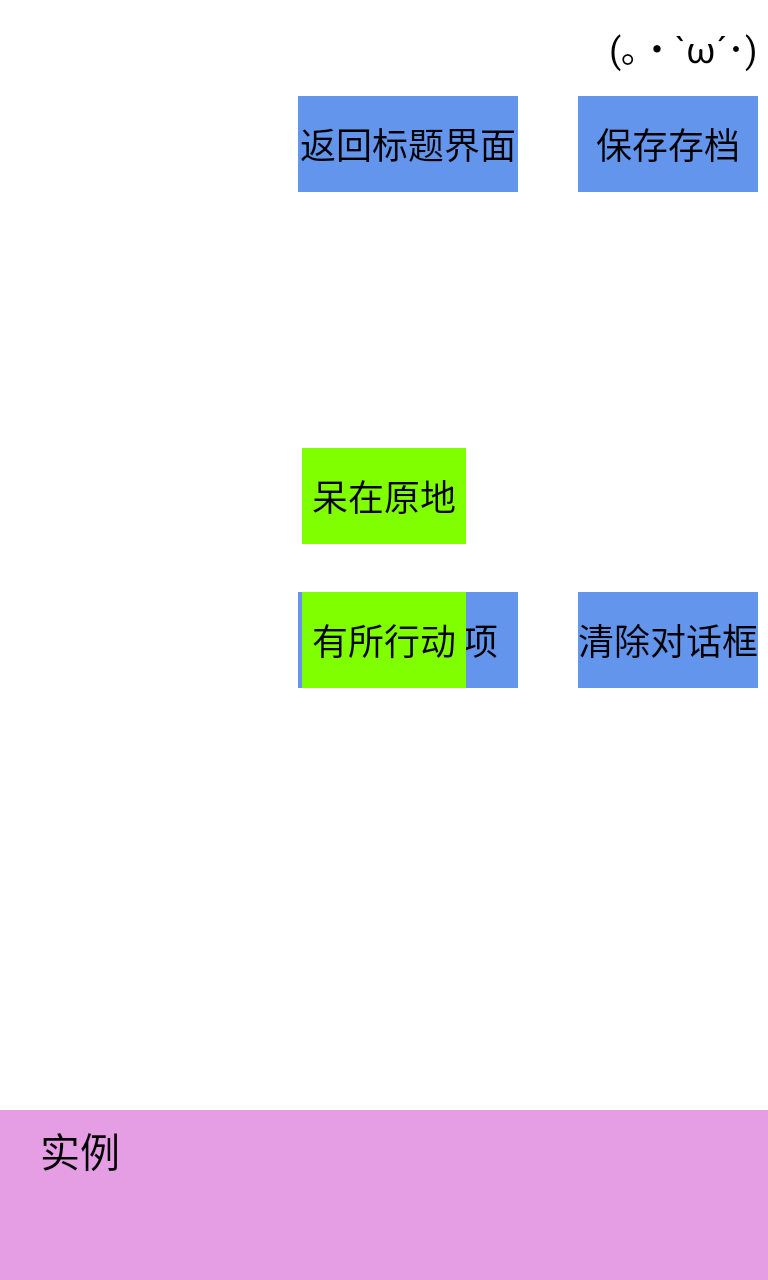
Repository: GuardLDW/HERO
Layout: GuardLDW/res/layout/game.xml
An editor plug-in stored every save of this project. The layout is shown before and after the next save, followed by the edit.
It is drawn on a 768 x 1280 px phone screen (xhdpi) without system bars, with theme AppTheme; the app's code is not run.

Above is the layout before, as saved 2016-12-07 11:01:03.

### GuardLDW/res/layout/game.xml
<?xml version="1.0" encoding="utf-8"?>
<RelativeLayout xmlns:android="http://schemas.android.com/apk/res/android"
    android:layout_width="match_parent"
    android:layout_height="match_parent"
    android:orientation="vertical" >


      <ImageView
        android:id="@+id/image_game"
        android:layout_width="match_parent"
        android:layout_height="match_parent"
        android:scaleType="fitXY" />

    <Button
        android:id="@+id/button_dialog"
        android:layout_width="match_parent"
        android:layout_height="wrap_content"
        android:layout_alignParentBottom="true"
        android:background="#afDA70D6"
        android:gravity="left"
        android:minHeight="85dp"
        android:paddingLeft="20dip"
        android:paddingRight="20dip"
        android:paddingTop="5dip"
        android:text = "实例"
        android:textSize="20sp" />

    <Button
        android:id="@+id/button_startgameset"
        android:layout_width="wrap_content"
        android:layout_height="wrap_content"
        android:layout_alignParentRight="true"
        android:layout_alignParentTop="true"
        android:text="(｡・`ω´･)"
        android:layout_marginRight="5dp"
        android:background="#00FFFFFF"/>

    <Button
        android:id="@+id/button_remove"
        android:layout_width="wrap_content"
        android:layout_height="wrap_content"
        android:layout_alignRight="@+id/button_startgameset"
        android:layout_centerVertical="true"
        android:text="清除对话框"
        android:background="#6495ED"
        />

    <Button
        android:id="@+id/button_save"
        android:layout_width="wrap_content"
        android:layout_height="wrap_content"
        android:layout_alignLeft="@+id/button_remove"
        android:layout_alignRight="@+id/button_startgameset"
        android:layout_below="@+id/button_startgameset"
        android:background="#6495ED"
        android:text="保存存档" />

    <Button
        android:id="@+id/button_backtotitle"
        android:layout_width="wrap_content"
        android:layout_height="wrap_content"
        android:layout_alignBaseline="@+id/button_save"
        android:layout_alignBottom="@+id/button_save"
        android:layout_alignRight="@+id/button_fast"
        android:minWidth="110dp"
        android:background="#6495ED"
        android:text="返回标题界面" />

    <Button
        android:id="@+id/button_fast"
        android:layout_width="wrap_content"
        android:layout_height="wrap_content"
        android:layout_centerVertical="true"
        android:layout_marginRight="30dp"
        android:layout_toLeftOf="@+id/button_remove"
        android:minWidth="110dp"
        android:paddingLeft="5dp"
        android:paddingRight="5dp"
        android:background="#6495ED"
        android:text="快进到选项" />

    <Button
        android:id="@+id/button_staychoice"
        android:layout_width="wrap_content"
        android:layout_height="wrap_content"
        android:layout_above="@+id/button_dochoice"
        android:layout_alignLeft="@+id/button_dochoice"
        android:layout_marginBottom="24dp"
        android:background="#7FFF00"
        android:paddingLeft="5dp"
        android:paddingRight="5dp"
        android:text="呆在原地" />

    <Button
        android:id="@+id/button_dochoice"
        android:layout_width="wrap_content"
        android:layout_height="wrap_content"
        android:layout_centerHorizontal="true"
        android:layout_centerVertical="true"
        android:paddingLeft="5dp"
        android:paddingRight="5dp"
        android:background="#7FFF00"
        android:text="有所行动" />

</RelativeLayout>

Loaded but not shown: GuardLDW/res/values/styles.xml (common file); GuardLDW/res/values-v11/styles.xml (common file); GuardLDW/res/values-v14/styles.xml (common file)

After the next save:
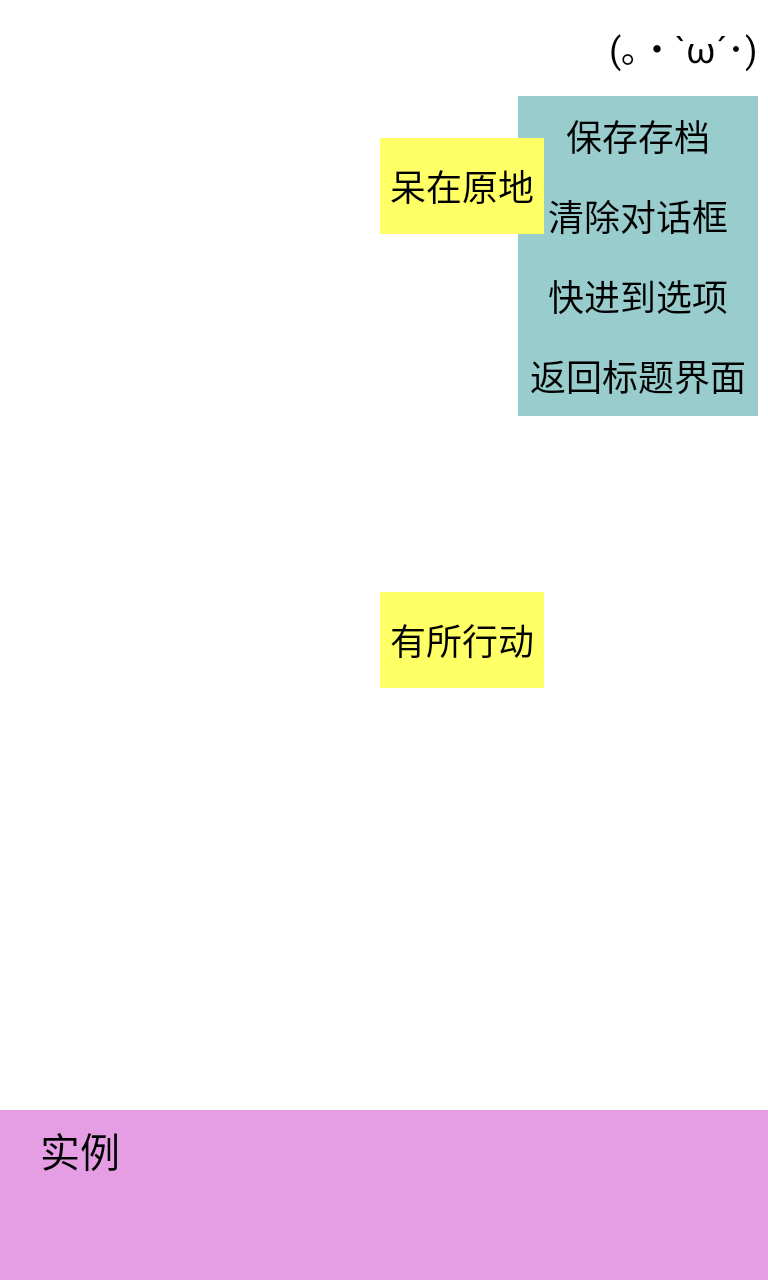
Saved 17 min 5 s later.
--- a/GuardLDW/res/layout/game.xml
+++ b/GuardLDW/res/layout/game.xml
@@ -36,70 +36,69 @@
         android:background="#00FFFFFF"/>
 
     <Button
-        android:id="@+id/button_remove"
-        android:layout_width="wrap_content"
-        android:layout_height="wrap_content"
-        android:layout_alignRight="@+id/button_startgameset"
-        android:layout_centerVertical="true"
-        android:text="清除对话框"
-        android:background="#6495ED"
-        />
-
-    <Button
         android:id="@+id/button_save"
-        android:layout_width="wrap_content"
-        android:layout_height="wrap_content"
+        android:layout_width="120dp"
+        android:layout_height="40dp"
         android:layout_alignLeft="@+id/button_remove"
         android:layout_alignRight="@+id/button_startgameset"
         android:layout_below="@+id/button_startgameset"
-        android:background="#6495ED"
+        android:background="#99CCCC"
         android:text="保存存档" />
 
     <Button
+        android:id="@+id/button_remove"
+        android:layout_width="120dp"
+        android:layout_height="40dp"
+        android:layout_alignRight="@+id/button_startgameset"
+        android:layout_below="@+id/button_save"
+        android:background="#99CCCC"
+        android:text="清除对话框" />
+
+    <Button
+        android:id="@+id/button_fast"
+        android:layout_width="120dp"
+        android:layout_height="40dp"
+        android:layout_alignParentRight="true"
+        android:layout_below="@+id/button_remove"
+        android:background="#99CCCC"
+        android:layout_marginRight="5dp"
+        android:paddingLeft="5dp"
+        android:paddingRight="5dp"
+        android:text="快进到选项" />
+
+    <Button
         android:id="@+id/button_backtotitle"
-        android:layout_width="wrap_content"
-        android:layout_height="wrap_content"
-        android:layout_alignBaseline="@+id/button_save"
-        android:layout_alignBottom="@+id/button_save"
-        android:layout_alignRight="@+id/button_fast"
+        android:layout_width="120dp"
+        android:layout_height="40dp"
+        android:layout_alignParentRight="true"
+        android:layout_below="@+id/button_fast"
+        android:layout_marginRight="5dp"
+        android:background="#99CCCC"
         android:minWidth="110dp"
-        android:background="#6495ED"
         android:text="返回标题界面" />
 
     <Button
-        android:id="@+id/button_fast"
+        android:id="@+id/button_dochoice"
         android:layout_width="wrap_content"
         android:layout_height="wrap_content"
+        android:layout_alignParentLeft="true"
         android:layout_centerVertical="true"
-        android:layout_marginRight="30dp"
-        android:layout_toLeftOf="@+id/button_remove"
-        android:minWidth="110dp"
+        android:layout_marginLeft="190dp"
+        android:background="#FFFF66"
         android:paddingLeft="5dp"
         android:paddingRight="5dp"
-        android:background="#6495ED"
-        android:text="快进到选项" />
+        android:text="有所行动" />
 
     <Button
         android:id="@+id/button_staychoice"
         android:layout_width="wrap_content"
         android:layout_height="wrap_content"
-        android:layout_above="@+id/button_dochoice"
+        android:layout_alignBottom="@+id/button_remove"
         android:layout_alignLeft="@+id/button_dochoice"
-        android:layout_marginBottom="24dp"
-        android:background="#7FFF00"
+        android:layout_marginBottom="11dp"
+        android:background="#FFFF66"
         android:paddingLeft="5dp"
         android:paddingRight="5dp"
         android:text="呆在原地" />
 
-    <Button
-        android:id="@+id/button_dochoice"
-        android:layout_width="wrap_content"
-        android:layout_height="wrap_content"
-        android:layout_centerHorizontal="true"
-        android:layout_centerVertical="true"
-        android:paddingLeft="5dp"
-        android:paddingRight="5dp"
-        android:background="#7FFF00"
-        android:text="有所行动" />
-
 </RelativeLayout>
